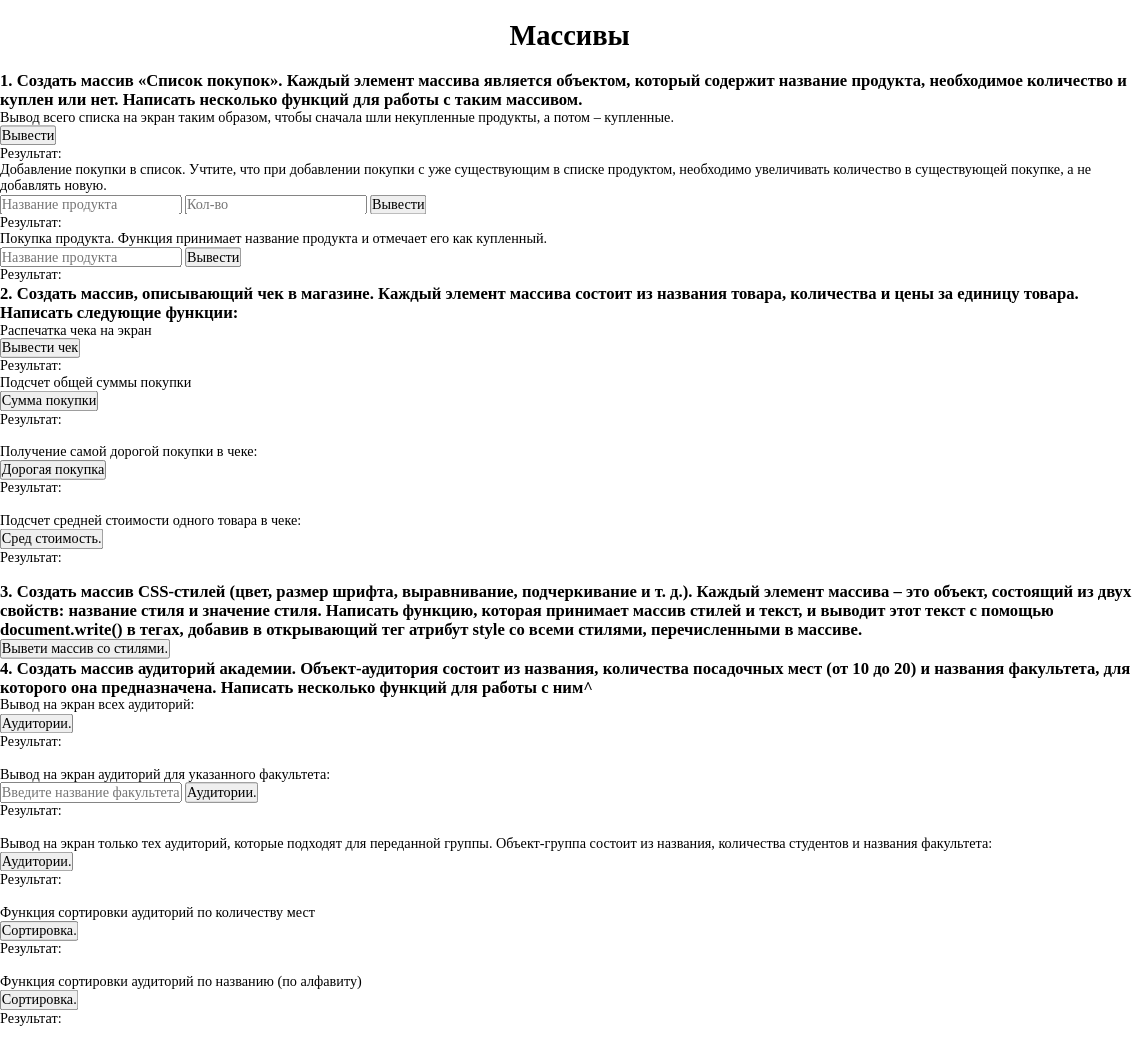
Repository: NastyaGavrilova/Beetroot-js
Page: HW5/index.html
These files come from the project's save history. The page is drawn as it stood at one moment and after the next save; the edit follows.
The browser window is 1280 px wide. The pictures show the whole page, at 89% of full size.

Above is the page before, as saved 2021-10-23 14:44:31.

After the next save:
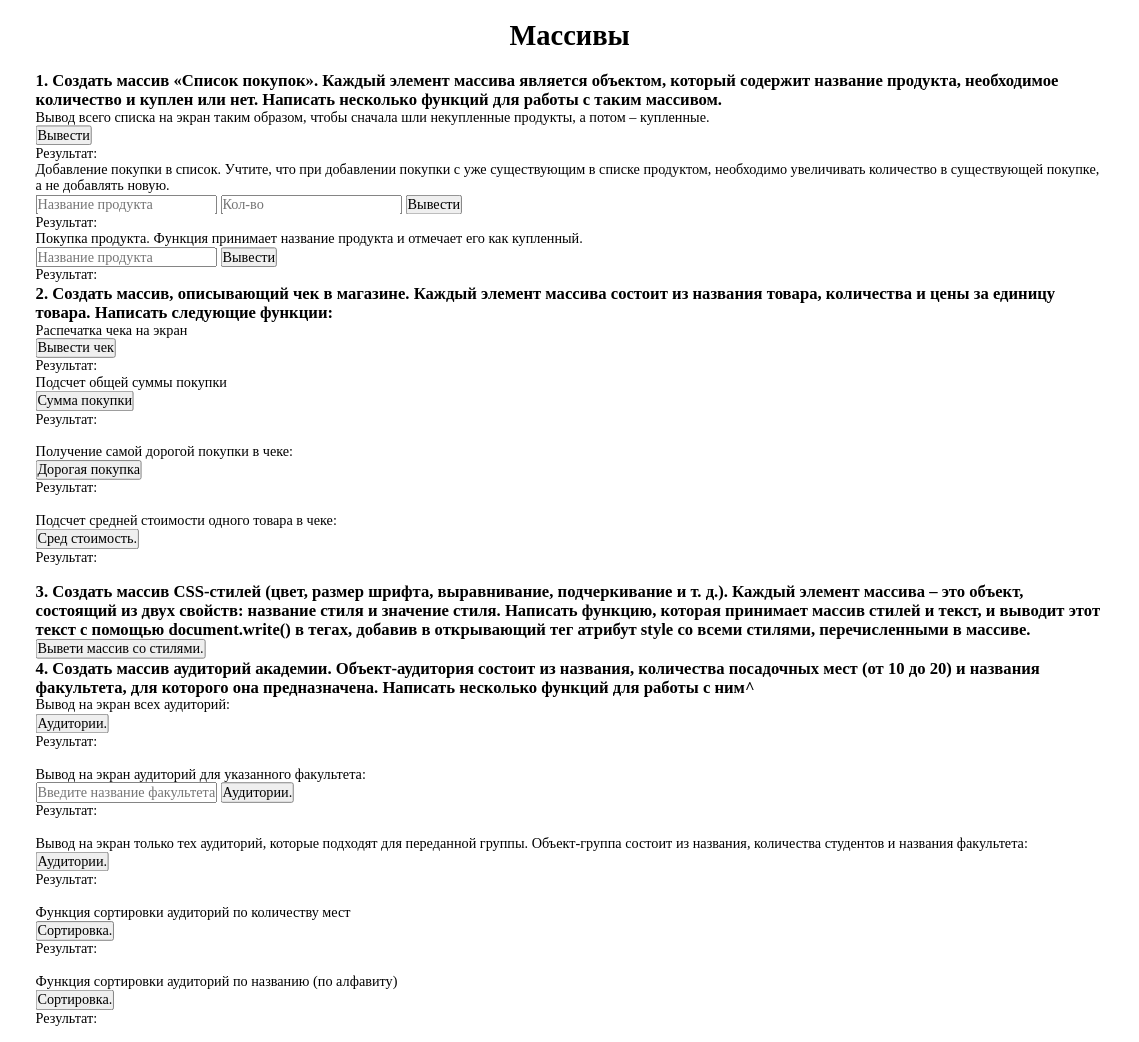
Saved 36 s later.
--- a/HW5/index.css
+++ b/HW5/index.css
@@ -3,6 +3,10 @@
   padding: 0;
   margin: 0;
 }
+body {
+  max-width: 1200px;
+  margin: 0 auto;
+}
 h1 {
   text-align: center;
 }
